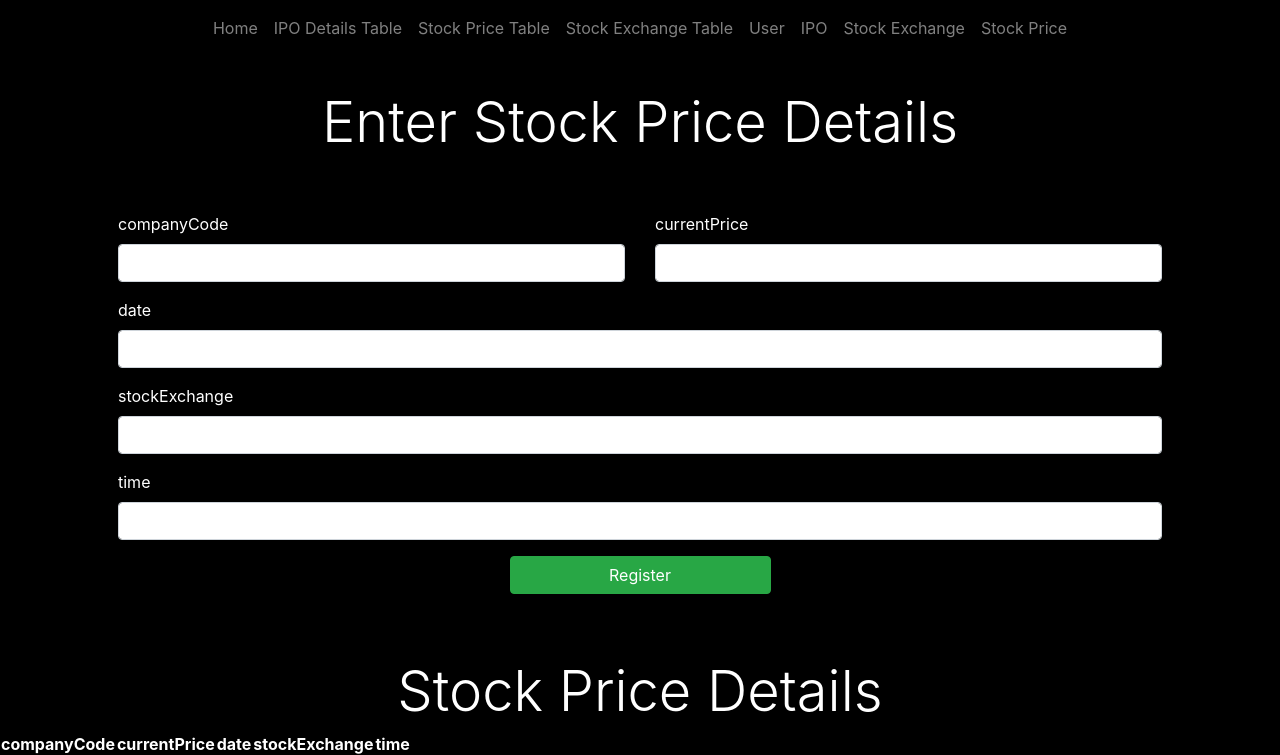
Repository: Gurudutt-S/cts-training
Page: http://localhost/StockExchangeChartingWeb/WEB-INF/views/stockPrices.jsp
These files come from the project's save history. The page is drawn as it stood at one moment and after the next save; the edit follows.
The browser window is 1280 px wide. The pictures show the whole page.
The page is served by Tomcat 9. Nobody is signed in. The template is opened directly, without the code that normally fills it, so the values that code supplies are empty.

Above is the page before, as saved 2020-02-13 05:48:46.
Console error (its wording comes from the project's code and is left out).

After the next save:
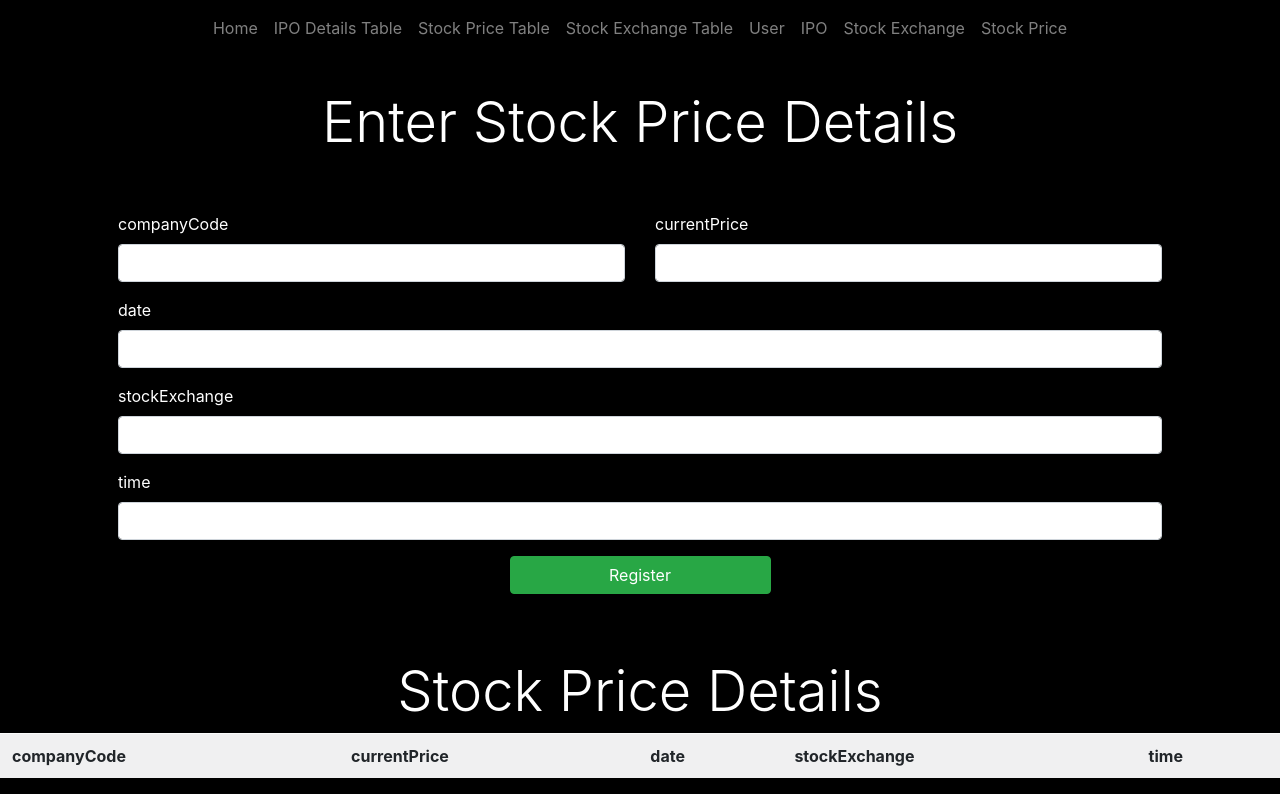
Saved 30 s later.
--- a/Day_37/StockExchangeChartingWeb/src/main/webapp/WEB-INF/views/stockPrices.jsp
+++ b/Day_37/StockExchangeChartingWeb/src/main/webapp/WEB-INF/views/stockPrices.jsp
@@ -41,7 +41,7 @@
 <h2 class="text-center display-4">Stock Price Details</h2>
 
 <div>
-	<table>
+	<table class="table table-striped table-hover table-light">
 
 		<tr>
 			<th>companyCode</th>
